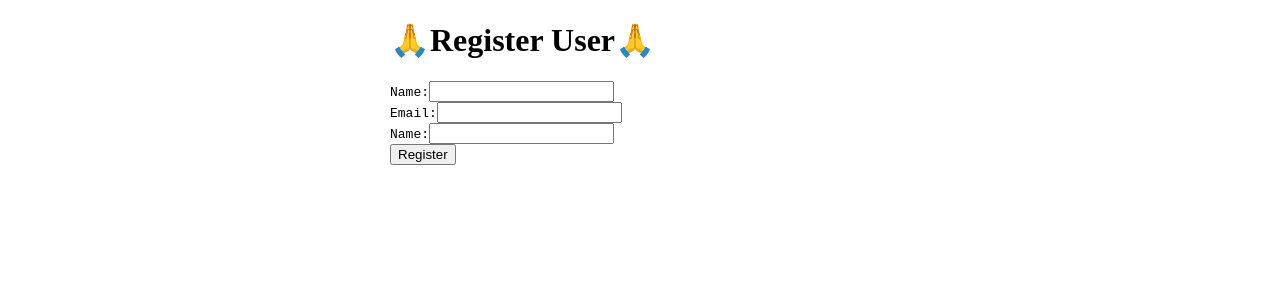
Repository: mhaskenita/Web_Base_Java
Page: http://localhost/Flight_reservation/register.jsp
The author's editor kept a copy of each file at every save. The page is drawn from the files as they stood at one save, then again after the next save.
The browser window is 1280 px wide. The pictures show the whole page.
The page is served by Tomcat 10. Other server files are loaded and not shown.

Above is the page before, as saved 2025-04-21 13:44:46.

### Flight_reservation/src/main/webapp/register.jsp
<%@ page language="java" contentType="text/html; charset=UTF-8"
    pageEncoding="UTF-8"%>
<!DOCTYPE html>
<html>
<head>
<meta charset="UTF-8">
<title>Register User</title>
<style type="text/css">
#box{
margin:auto;
width:500px;
height:auto;

}
</style>
</head>
<body>
<div id="box">
<h1>🙏Register User🙏</h1>
<form action="register" method="post">
<pre>
Name:<input type="text" name="name">
Email:<input type="text" name="email">
Name:<input type="text" name="password">
<input type="submit" value="Register">
</pre>
</form>

</div>
</body>
</html>

After the next save:
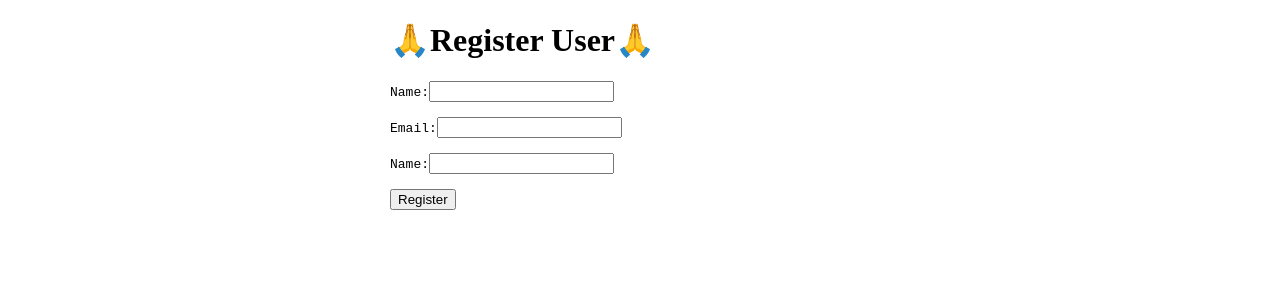
Saved 2 min 6 s later.
--- a/Flight_reservation/src/main/webapp/register.jsp
+++ b/Flight_reservation/src/main/webapp/register.jsp
@@ -19,9 +19,9 @@
 <h1>🙏Register User🙏</h1>
 <form action="register" method="post">
 <pre>
-Name:<input type="text" name="name">
-Email:<input type="text" name="email">
-Name:<input type="text" name="password">
+Name:<input type="text" name="name"><br>
+Email:<input type="text" name="email"><br>
+Name:<input type="text" name="password"><br>
 <input type="submit" value="Register">
 </pre>
 </form>
